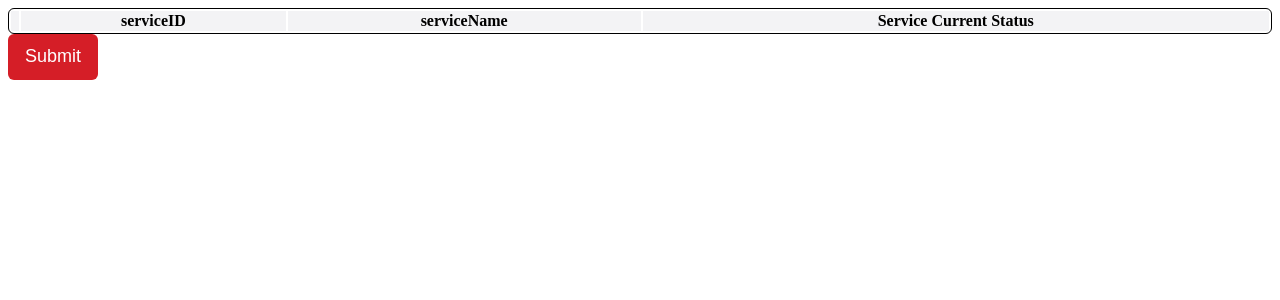
Repository: suma94/MyProjects
Page: http://localhost/SelfServiceSales/Display.jsp
An editor plug-in stored every save of this project. The page is shown before and after the next save, followed by the edit.
The browser window is 1280 px wide. The pictures show the whole page.
The page is served by Tomcat 9.

Above is the page before, as saved 2015-08-26 04:41:56.

After the next save:
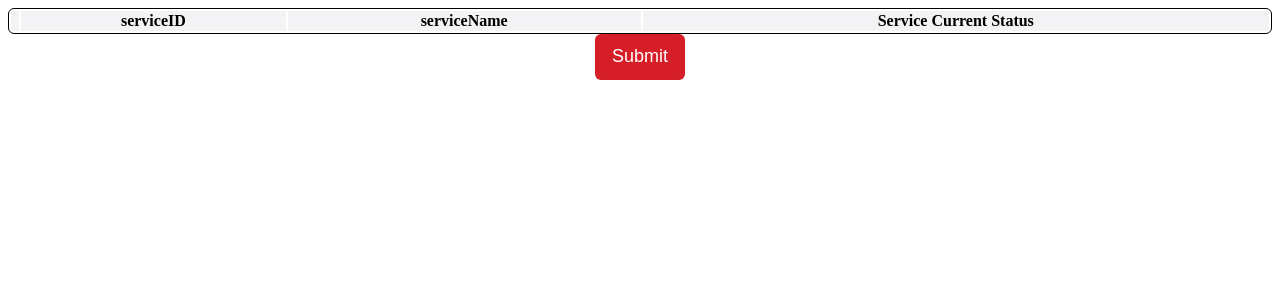
Saved 30 s later.
--- a/SelfServiceSales/WebContent/Display.jsp
+++ b/SelfServiceSales/WebContent/Display.jsp
@@ -24,10 +24,9 @@
 			</tr>
 			</c:forEach>
 			</table>
-			<tr>
-				<td><input type="submit" value="Submit" name="Suspend" class="vzbtn"></td>
-			</tr>
-
+			<center>
+				<input type="submit" value="Submit" name="Suspend" class="vzbtn">
+			</center>
 	</form>
 </body>
 </html>
